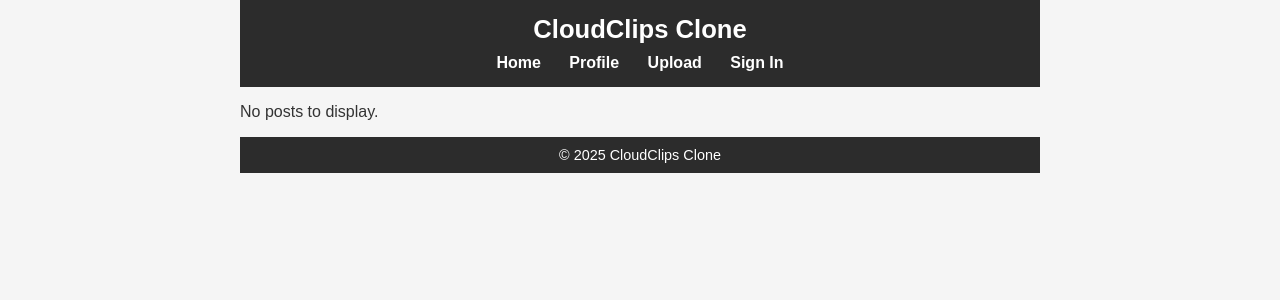
Repository: burhannaseer/CloudClips
Page: index.html
The author's editor kept a copy of each file at every save. The page is drawn from the files as they stood at one save, then again after the next save.
The browser window is 1280 px wide. The pictures show the whole page.

Above is the page before, as saved 2025-05-08 02:50:31.

After the next save:
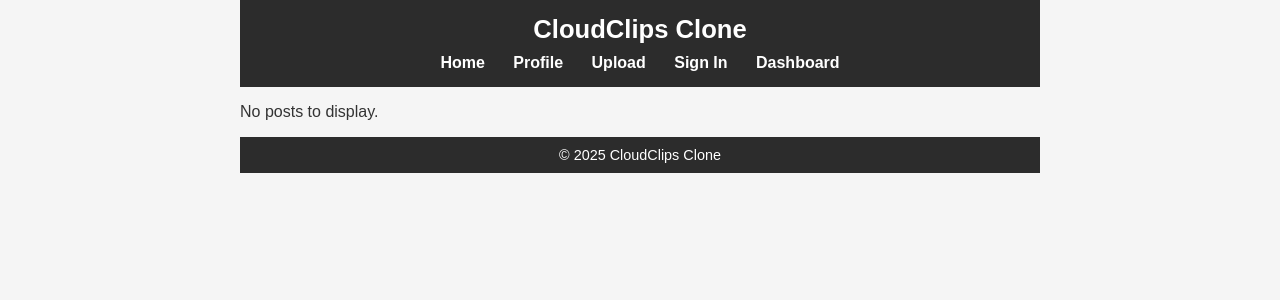
Saved 54 s later.
--- a/index.html
+++ b/index.html
@@ -14,6 +14,7 @@
       <a href="profile.html">Profile</a>
       <a href="upload.html">Upload</a>
       <a href="signin.html">Sign In</a>
+      <a href="dashboard.html">Dashboard</a>
     </nav>
   </header>
 

After the save that followed:
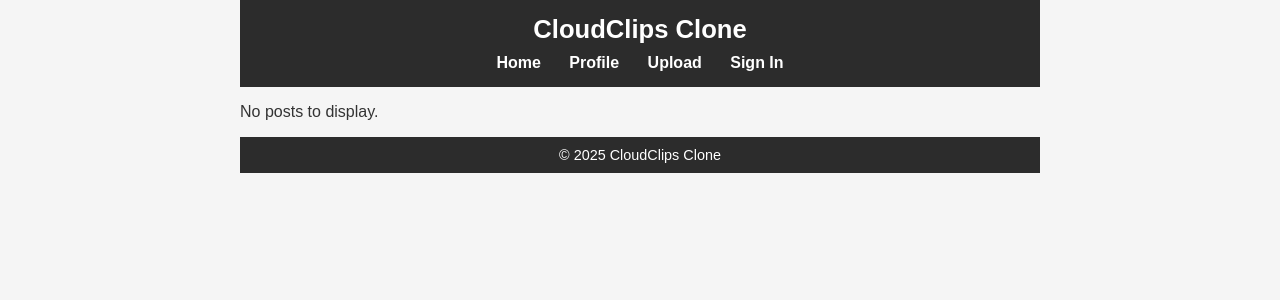
Saved 14 s later.
--- a/index.html
+++ b/index.html
@@ -14,7 +14,7 @@
       <a href="profile.html">Profile</a>
       <a href="upload.html">Upload</a>
       <a href="signin.html">Sign In</a>
-      <a href="dashboard.html">Dashboard</a>
+
     </nav>
   </header>
 
